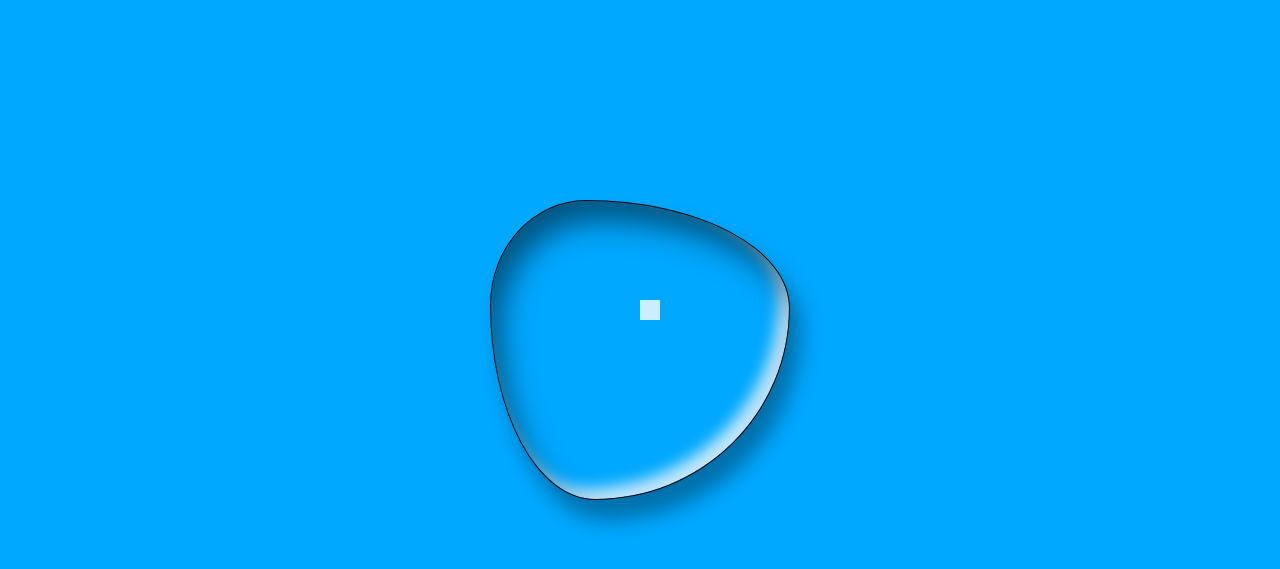
Repository: BlackCat328/CSS_Animation
Page: 52.水滴特效/demo.html
The author's editor kept a copy of each file at every save. The page is drawn from the files as they stood at one save, then again after the next save.
The browser window is 1280 px wide. The pictures show the whole page.

Above is the page before, as saved 2022-10-31 23:55:41.

### 52.水滴特效/demo.html
<!DOCTYPE html>
<html lang="en">

<head>
    <meta charset="UTF-8">
    <meta http-equiv="X-UA-Compatible" content="IE=edge">
    <meta name="viewport" content="width=device-width, initial-scale=1.0">
    <title>Document</title>
    <link rel="stylesheet" href="./demo.css">
</head>

<body>
    <div id="water"></div>
</body>

</html>

### 52.水滴特效/demo.css
* {
    margin: 0;
    padding: 0;
    box-sizing: border-box;
}

body {
    width: 100vw;
    height: 100vh;
    display: flex;
    justify-content: center;
    background-color: #00a8ff;
}

#water {
    margin-top: 200px;
    width: 300px;
    height: 300px;
    border: 1px solid;
    border-radius: 32% 68% 65% 35% / 35% 36% 64% 65%;
    box-shadow: inset 10px 20px 30px rgba(0, 0, 0, 0.5),
        10px 20px 20px rgba(0, 0, 0, 0.3),
        15px 15px 30px rgba(0, 0, 0, 0.05),
        inset -10px -10px 15px rgba(255, 255, 255, 0.8);
}

#water::after {
    content: '';
    width: 20px;
    height: 20px;
    position: absolute;
    top: 300px;
    left: 50%;
    background-color: rgba(255, 255, 255, 0.8);
}

After the next save:
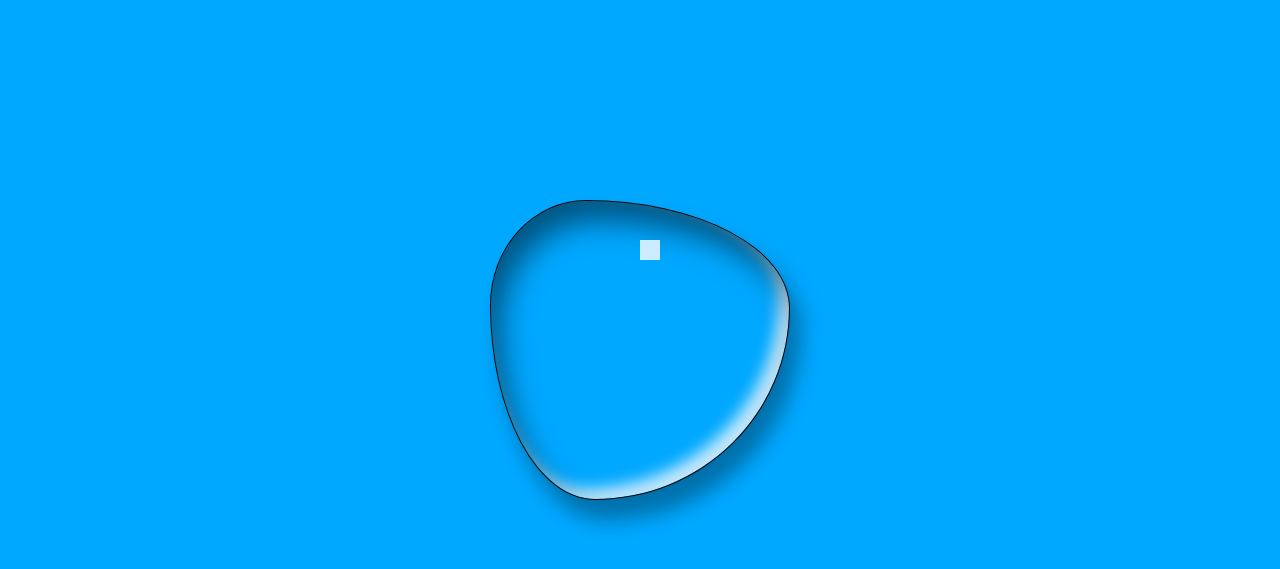
Saved 7 s later.
--- a/52.水滴特效/demo.css
+++ b/52.水滴特效/demo.css
@@ -29,7 +29,7 @@
     width: 20px;
     height: 20px;
     position: absolute;
-    top: 300px;
+    top: 240px;
     left: 50%;
     background-color: rgba(255, 255, 255, 0.8);
 }
